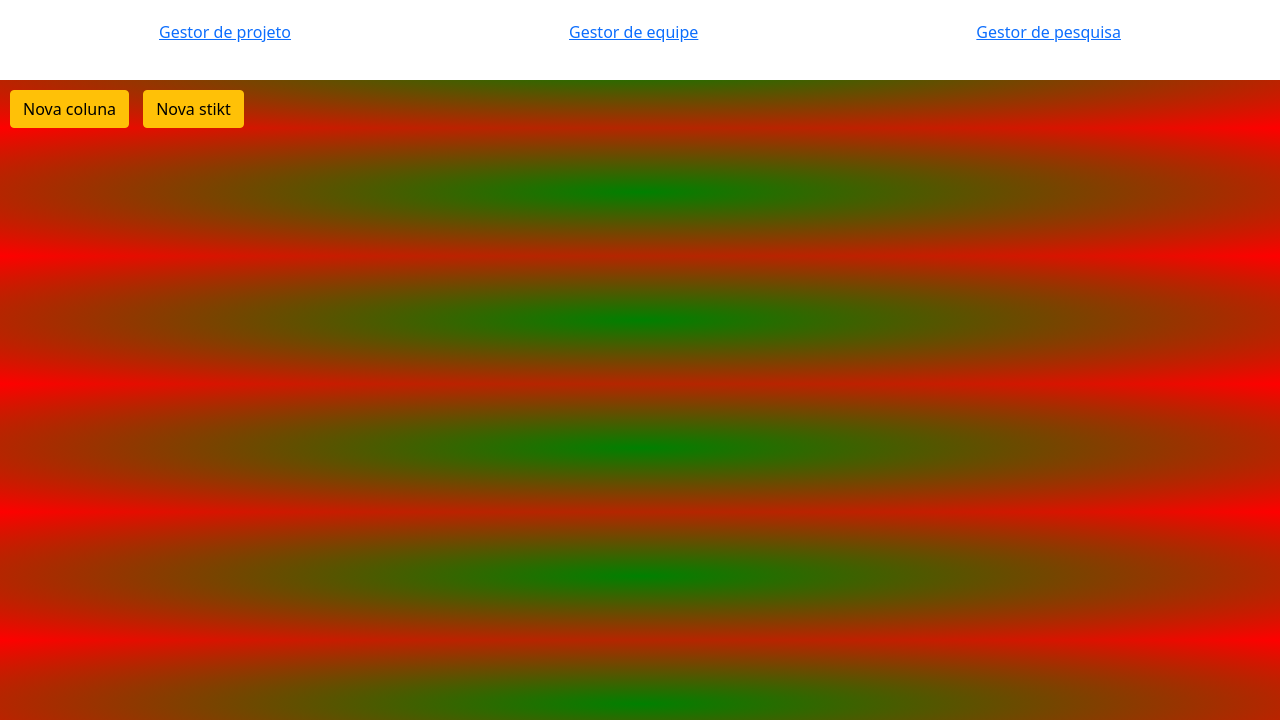
Repository: shadowruge/kanban
Page: index.html
The author's editor kept a copy of each file at every save. The page is drawn from the files as they stood at one save, then again after a run of saves.
The browser window is 1280 px wide. The pictures show the whole page.

Above is the page before, as saved 2021-06-12 19:33:05.

After the next 2 saves:
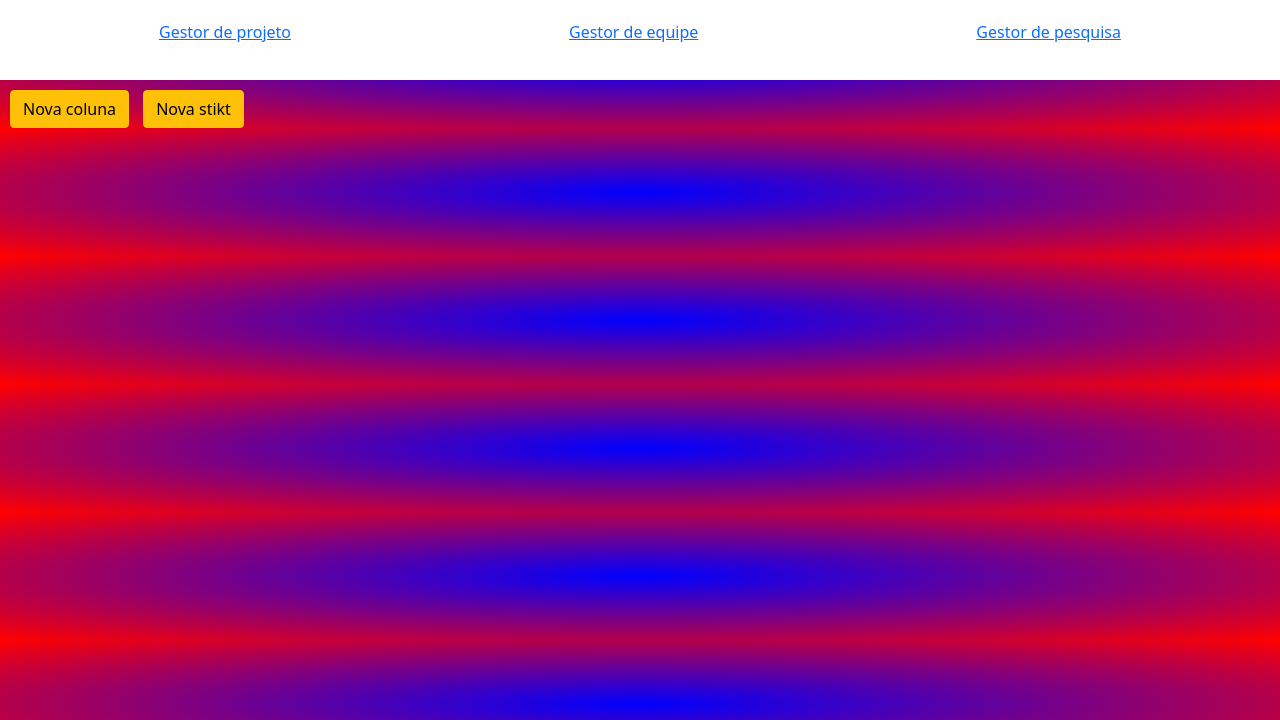
The 2 saves are shown as one change because they came seconds apart.
The last was saved 16 s later.
--- a/style.css
+++ b/style.css
@@ -12,7 +12,7 @@ body{
 
  background-image: linear-gradient(180deg, green, yellow);
 
- background-image: radial-gradient(green, red);
+ background-image: radial-gradient(blue, red);
 
 }
 
